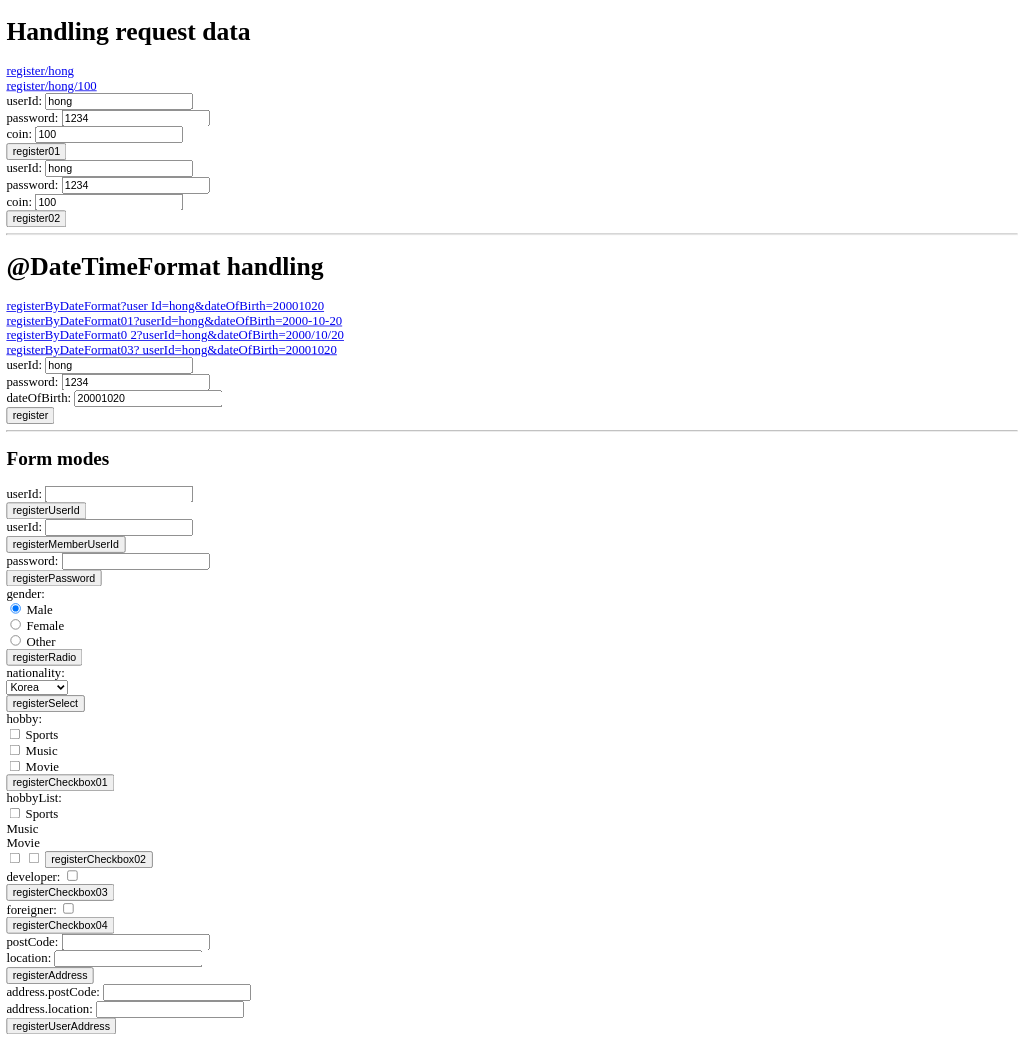
Repository: tomaters/more-springboot
Page: http://localhost/DevProject/WEB-INF/views/register.jsp
An editor plug-in stored every save of this project. The page is shown before and after the next save, followed by the edit.
The browser window is 1280 px wide. The pictures show the whole page, at 80% of full size.
The page is served by Tomcat 9. Nobody is signed in. Other server files are loaded and not shown. The template is opened directly, without the code that normally fills it, so the values that code supplies are empty.

Above is the page before, as saved 2023-12-29 04:07:36.

### DevProject/src/main/webapp/WEB-INF/views/register.jsp
<%@ page language="java" contentType="text/html; charset=UTF-8"
	pageEncoding="UTF-8" session="false"%>
<!DOCTYPE html>
<html>
<head>
<meta charset="UTF-8">
<title>Handling request data</title>
</head>
<body>
	<h1>Handling request data</h1>
	<a href="register/hong">register/hong</a>
	<br>
	<a href="register/hong/100">register/hong/100</a>
	<br>
	<form action="/register01" method="post">
		userId: <input type="text" name="userId" value="hong"><br>
		password: <input type="text" name="password" value="1234"><br>
		coin: <input type="text" name="coin" value="100"><br> <input
			type="submit" value="register01">
	</form>
	<form action="/register02" method="post">
		userId: <input type="text" name="userId" value="hong"><br>
		password: <input type="text" name="password" value="1234"><br>
		coin: <input type="text" name="coin" value="100"><br> <input
			type="submit" value="register02">
	</form>
	<hr>
	<h1>@DateTimeFormat handling</h1>
	<a href="registerByDateFormat?userId=hong&dateOfBirth=20001020">registerByDateFormat?user
		Id=hong&ampdateOfBirth=20001020</a>
	<br>
	<a href="registerByDateFormat01?userId=hong&dateOfBirth=2000-10-
20">registerByDateFormat01?userId=hong&ampdateOfBirth=2000-10-20</a>
	<br>
	<a href="registerByDateFormat02?userId=hong&dateOfBirth=2000/10/20">registerByDateFormat0
		2?userId=hong&ampdateOfBirth=2000/10/20</a>
	<br>
	<a href="registerByDateFormat03?userId=hong&dateOfBirth=20001020">registerByDateFormat03?
		userId=hong&ampdateOfBirth=20001020</a>
	<br>
	<form action="/register" method="post">
		userId: <input type="text" name="userId" value="hong"><br>
		password: <input type="text" name="password" value="1234"><br>
		dateOfBirth: <input type="text" name="dateOfBirth" value="20001020"><br>
		<input type="submit" value="register">
	</form>
	<hr>
	<h2>Form modes</h2>
	<form action="/registerUserId" method="post">
		userId: <input type="text" name="userId" /><br> <input
			type="submit" value="registerUserId">
	</form>
	<form action="/registerMemberUserId" method="post">
		userId: <input type="text" name="userId" /><br> <input
			type="submit" value="registerMemberUserId">
	</form>
	<form action="/registerPassword" method="post">
		password: <input type="password" name="password" /><br> <input
			type="submit" value="registerPassword">
	</form>
	<form action="/registerRadio" method="post">
		gender: <br> <input type="radio" name="gender" value="male"
			checked> Male<br> <input type="radio" name="gender"
			value="female"> Female<br> <input type="radio"
			name="gender" value="other"> Other<br> <input
			type="submit" value="registerRadio">
	</form>
	<form action="/registerSelect" method="post">nationality:</form>
	<select name="nationality">
		<option value="Korea" selected>Korea</option>
		<option value="Germany">Germany</option>
		<option value="Australia">Australia</option>
		<option value="Canada">Canada</option>
	</select>
	<br>
	<input type="submit" value="registerSelect">

	<form action="/registerCheckbox01" method="post">
		hobby: <br> <input type="checkbox" name="hobby" value="Sports">
		Sports<br> <input type="checkbox" name="hobby" value="Music">
		Music<br> <input type="checkbox" name="hobby" value="Movie">
		Movie<br> <input type="submit" value="registerCheckbox01">
	</form>
	<form action="/registerCheckbox02" method="post">
		hobbyList: <br> <input type="checkbox" name="hobbyArray"
			value="Sports"> Sports<br> Music<br> Movie<br>
	</form>
	<input type="checkbox" name="hobbyArray" value="Music">
	<input type="checkbox" name="hobbyArray" value="Movie">
	<input type="submit" value="registerCheckbox02">
	<form action="/registerCheckbox03" method="post">
		developer: <input type="checkbox" name="developer" value="Y"><br>
		<input type="submit" value="registerCheckbox03">
	</form>
	<form action="/registerCheckbox04" method="post">
		foreigner: <input type="checkbox" name="foreigner" value="false"><br>
		<input type="submit" value="registerCheckbox04">
	</form>
	<form action="/registerAddress" method="post">
		postCode: <input type="text" name="postCode" /><br> location: <input
			type="text" name="location" /><br> <input type="submit"
			value="registerAddress">
	</form>
	<form action="/registerUserAddress" method="post">
		address.postCode: <input type="text" name="address.postCode" /><br>
		address.location: <input type="text" name="address.location" /><br>
		<input type="submit" value="registerUserAddress">
	</form>

</body>
</html>

After the next save:
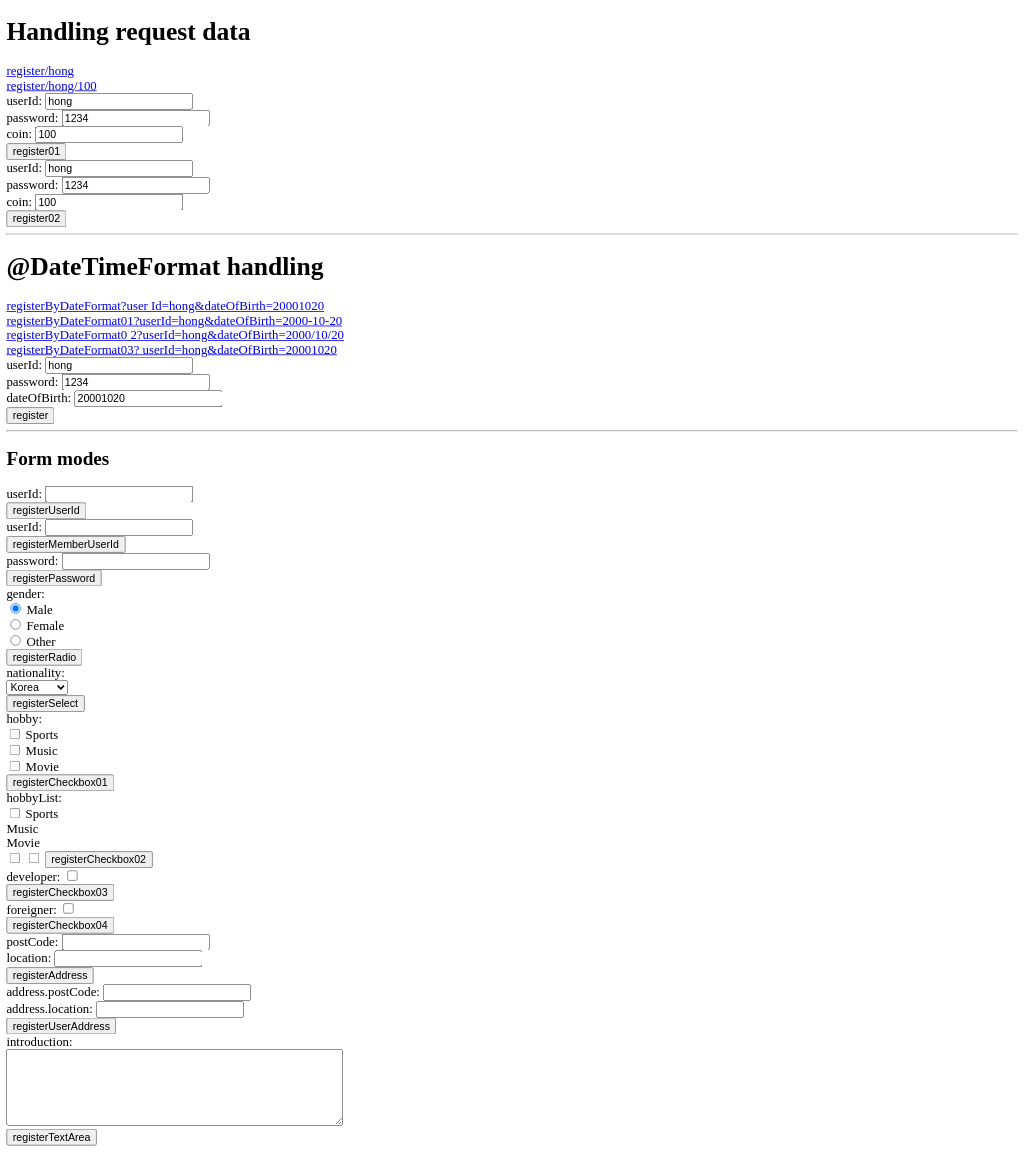
Saved 13 s later.
--- a/DevProject/src/main/webapp/WEB-INF/views/register.jsp
+++ b/DevProject/src/main/webapp/WEB-INF/views/register.jsp
@@ -106,6 +106,12 @@
 		address.location: <input type="text" name="address.location" /><br>
 		<input type="submit" value="registerUserAddress">
 	</form>
+	<form action="/registerTextArea" method="post">
+		introduction: <br>
+		<textarea name="introduction" rows="6" cols="50"></textarea>
+		<br> <input type="submit" value="registerTextArea">
+	</form>
+
 
 </body>
 </html>
